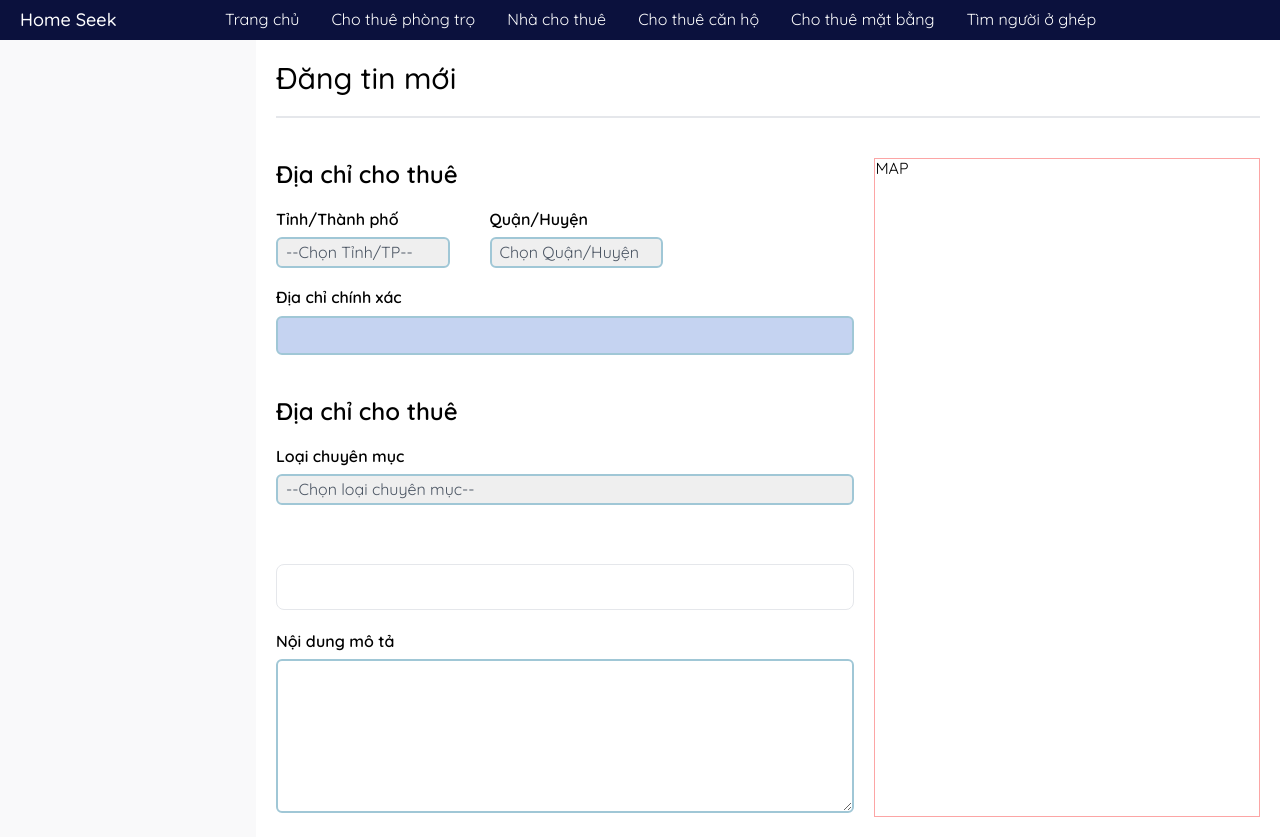
Repository: ajincome26/homeseek
Page: /create (app in client/)
An editor plug-in stored every save of this project. The page is shown before and after the next save, followed by the edit.
The browser window is 1280 px wide. The pictures show the whole page.
The page's requests for data from a server got no answer. The project was rebuilt for these pictures with package versions that can differ from the ones it lists, and the page was loaded fresh each time. Some packages were replaced by stand-ins written for this rebuild. No one was signed in, and anything a server would have sent is missing. Also part of the build but not shown: client/vite.config.ts, client/src/components/Footer/Footer.tsx, client/src/components/Button/Button.tsx, client/src/components/Button/index.ts, client/src/utils/utils.tsx, client/src/components/MainHeader/components/User.tsx, client/src/components/Popover/Popover.tsx, client/src/components/Popover/index.ts and 16 more.

Above is the page before, as saved 2024-01-10 04:39:36.

After the next save:
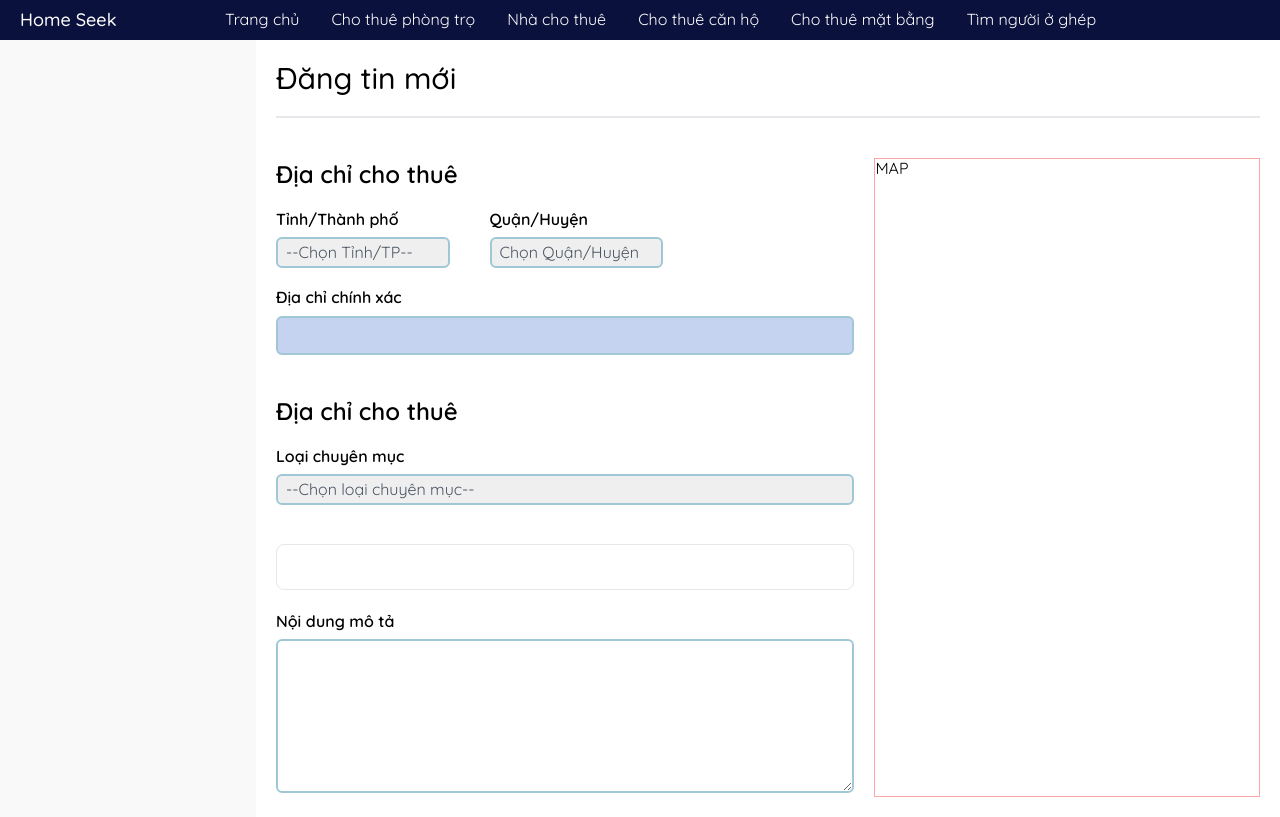
Saved 14 s later.
--- a/client/src/pages/CreatePostPage/components/Overview.tsx
+++ b/client/src/pages/CreatePostPage/components/Overview.tsx
@@ -23,7 +23,7 @@
   return (
     <div>
       <h1 className='mb-5 text-2xl font-semibold'>Địa chỉ cho thuê</h1>
-      <div className='flex gap-10 mb-5'>
+      <div className='flex gap-10'>
         <Select
           type='category'
           label='Loại chuyên mục'

After the save that followed:
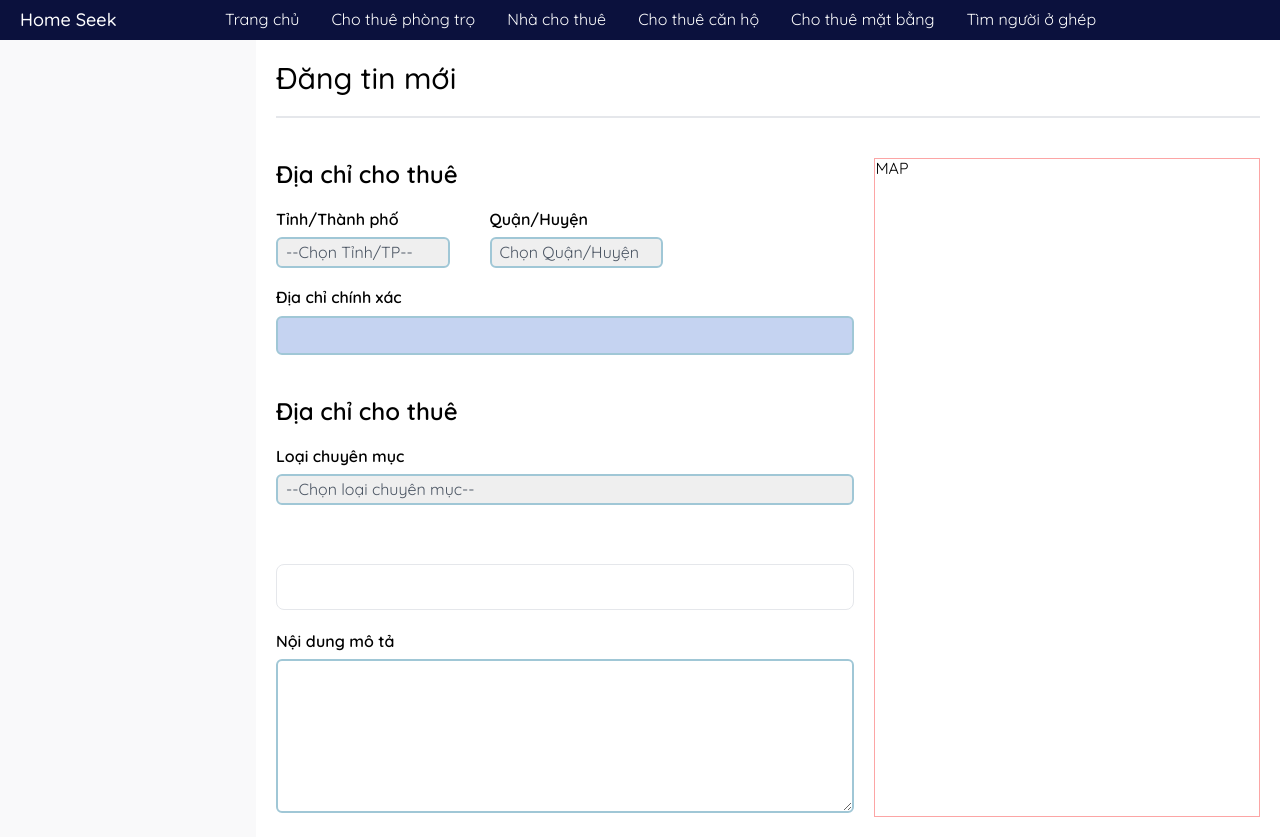
Saved 10 s later.
--- a/client/src/pages/CreatePostPage/components/Overview.tsx
+++ b/client/src/pages/CreatePostPage/components/Overview.tsx
@@ -23,7 +23,7 @@
   return (
     <div>
       <h1 className='mb-5 text-2xl font-semibold'>Địa chỉ cho thuê</h1>
-      <div className='flex gap-10'>
+      <div className='flex gap-10 mb-5'>
         <Select
           type='category'
           label='Loại chuyên mục'
